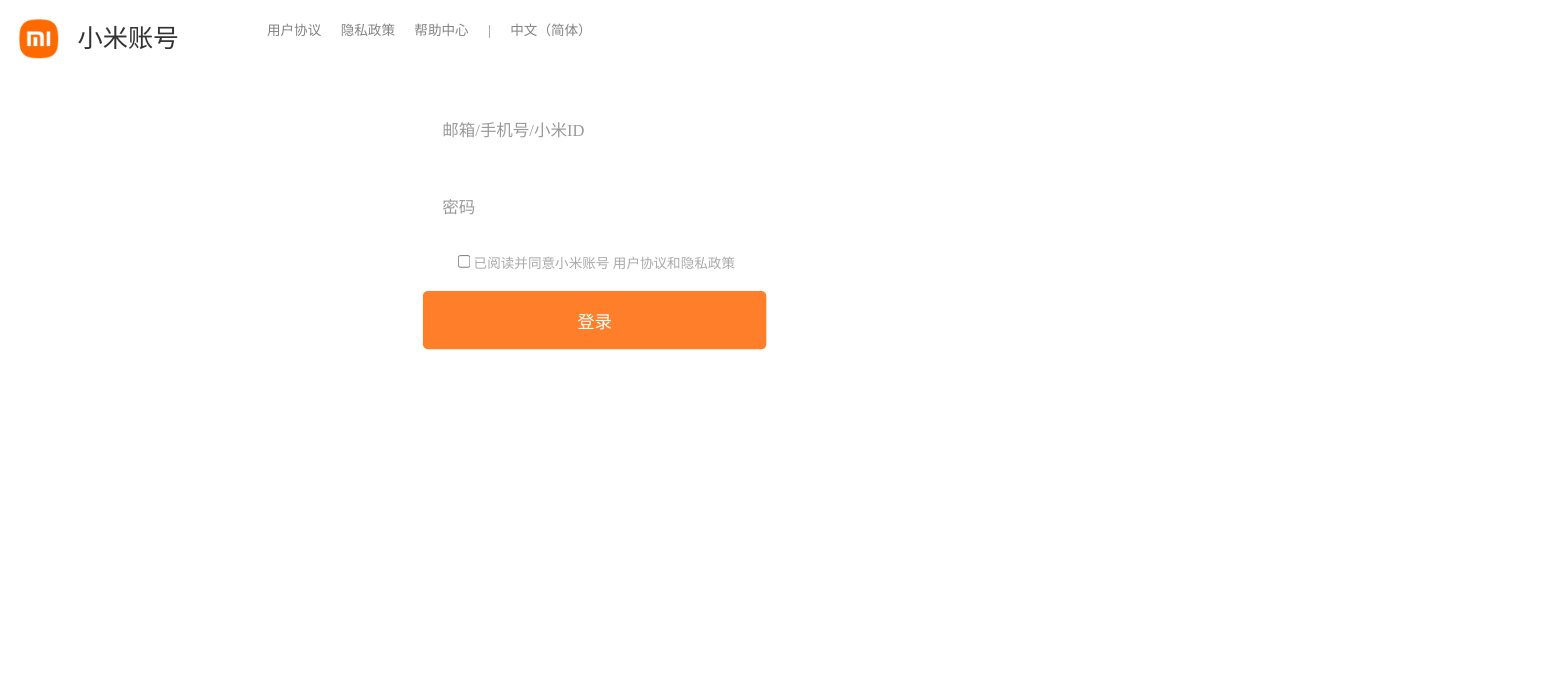
Repository: PLA-31695/Xiaomi
Page: /service
An editor plug-in stored every save of this project. The page is shown before and after the next save, followed by the edit.
The browser window is 1280 px wide. The page is 1280 px wide, then 1610 px, so the pictures cover 1610 px, including what lies to the right of the window. The pictures show the whole page, at 97% of full size.
The project was rebuilt for these pictures with package versions that can differ from the ones it lists, and the page was loaded fresh each time. Also part of the build but not shown: vue.config.js, src/components/Header/my-header.vue, src/views/Home/home.vue.

Above is the page before, as saved 2022-03-27 21:39:53.

After the next save:
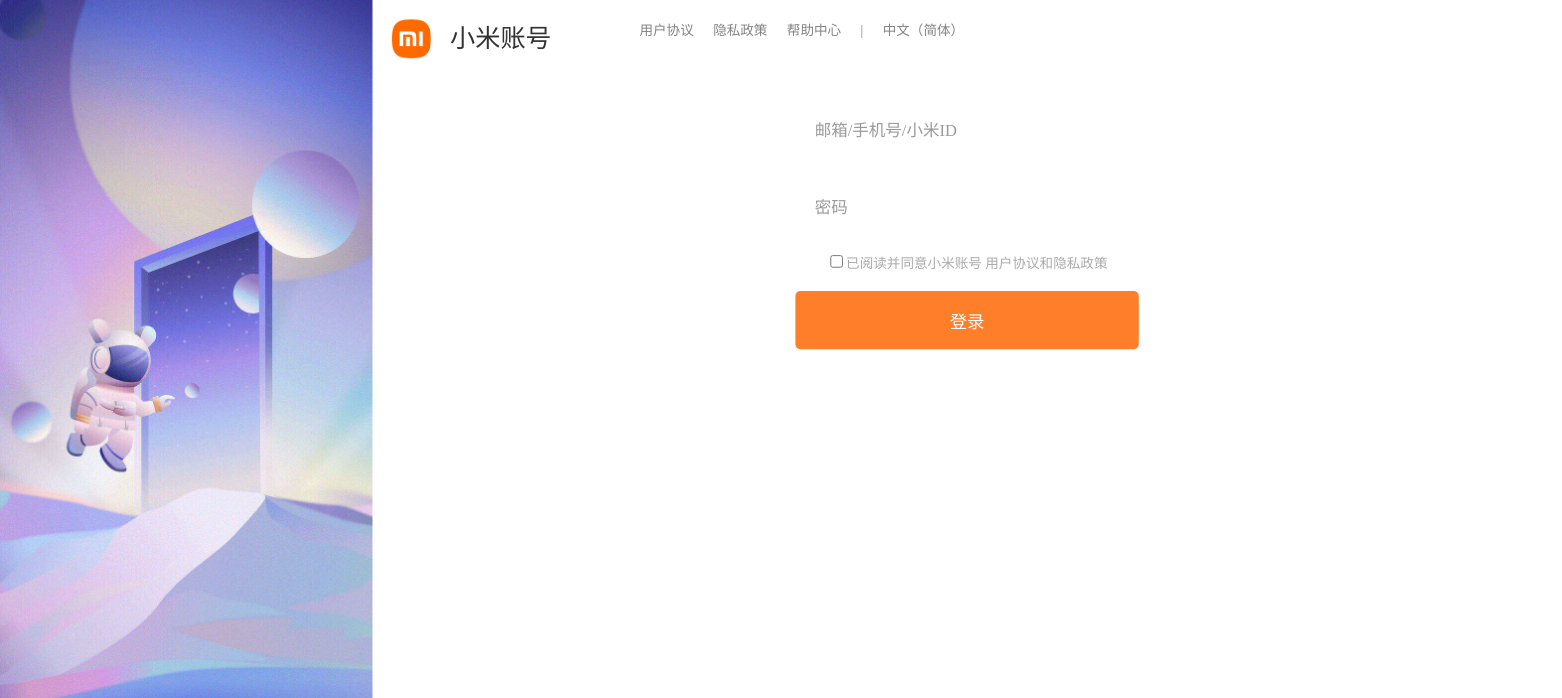
Saved 47 s later.
--- a/src/views/Service/service.vue
+++ b/src/views/Service/service.vue
@@ -1,7 +1,7 @@
 <!--  -->
 <template>
   <div class="service">
-    <div class="service-left" v-if="isShow" :style="{'height':Height}">
+    <div class="service-left" v-if="isShow" :style="{'height':Height +'px'}">
     </div>
     <div class="service-right">
       <serveHeader />
